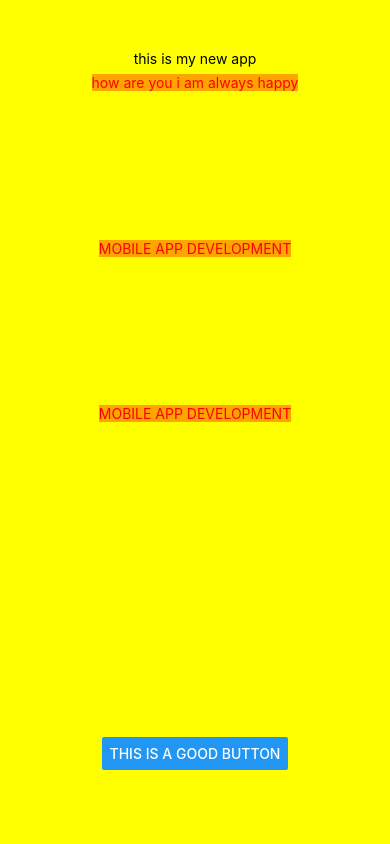
Repository: 2000-Nanayaw/MobileApp
Screen: /
The author's editor kept a copy of each file at every save. The screen is drawn from the files as they stood at one save, then again after the next save.
The app was drawn by React Native's web renderer in a window 390 px wide. The project was rebuilt for these pictures with package versions that can differ from the ones it lists, and the page was loaded fresh each time.

Above is the screen before, as saved 2023-08-28 03:27:28.

After the next save:
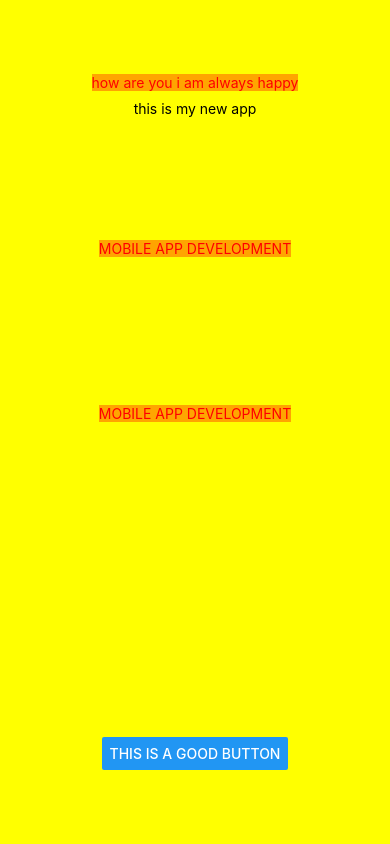
Saved 52 s later.
--- a/App.js
+++ b/App.js
@@ -57,7 +57,7 @@ const style = StyleSheet.create({
   },
   firstText:{
     position: "absolute",
-    top:50,
+    top:100,
   }
 });
 export default jsar;
